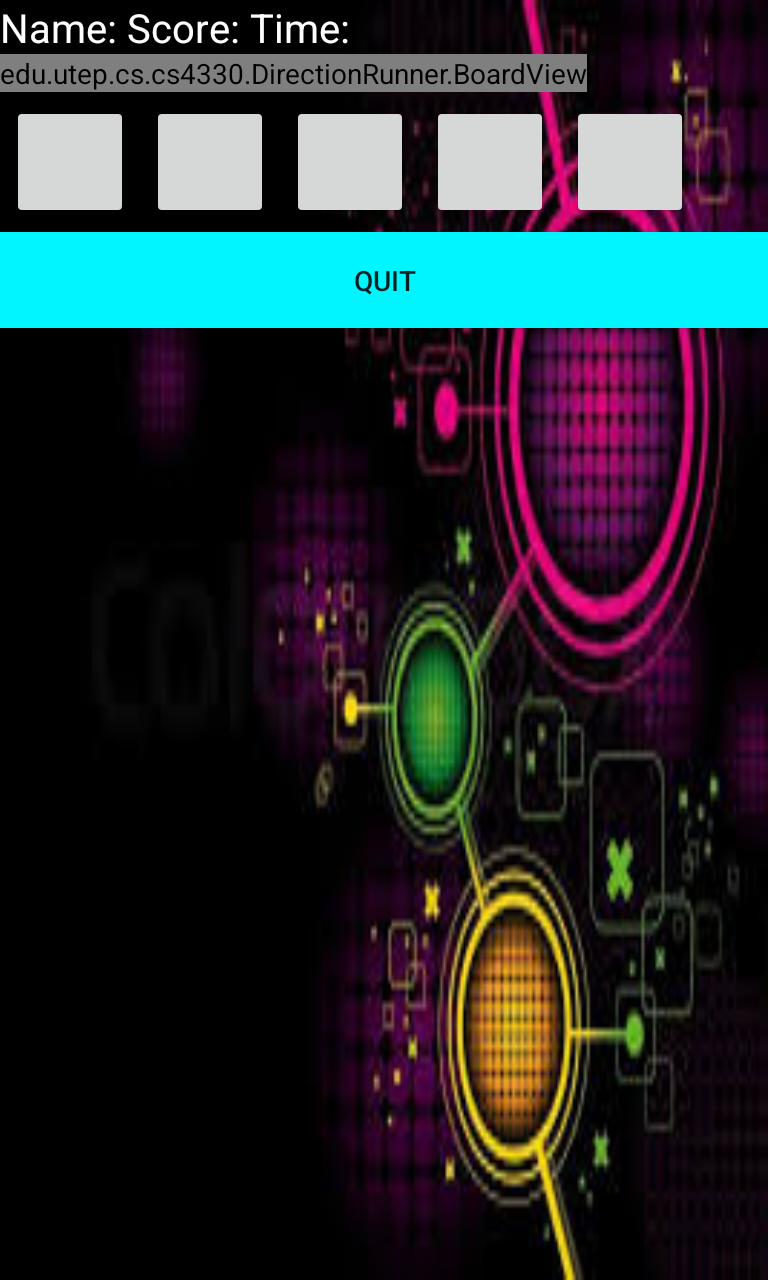
Repository: RedJaVa68/DirectionRunner
Layout: DirectionRunner/res/layout/game_activity.xml
These files come from the project's save history. The layout is drawn as it stood at one moment and after the next save; the edit follows.
Pictures or frames that could not be fetched are drawn as grey boxes. It is drawn on a 768 x 1280 px phone screen (xhdpi) without system bars, with theme AppTheme; the app's code is not run.

Above is the layout before, as saved 2015-05-07 00:38:55.

### DirectionRunner/res/layout/game_activity.xml
<?xml version="1.0" encoding="utf-8"?>
<ScrollView
    android:layout_width="match_parent"
    android:layout_height="match_parent"
    android:fillViewport="true"
    xmlns:android="http://schemas.android.com/apk/res/android">
<LinearLayout
    android:layout_width="fill_parent"
    android:layout_height="wrap_content"
    android:orientation="vertical"
    android:weightSum="3"
    android:background="@drawable/bg">
    <LinearLayout
        android:layout_width="wrap_content"
        android:layout_height="wrap_content"
        android:orientation="horizontal">
        <TextView
            android:id="@+id/nameText"
            android:layout_width="wrap_content"
            android:layout_height="wrap_content"
            android:text="Name: "
            android:textSize="20sp"
            android:textColor="#ffffff"/>"
        <TextView
            android:id="@+id/scoreText"
            android:layout_width="wrap_content"
            android:layout_height="wrap_content"
            android:text="Score: "
            android:textSize="20sp"
            android:textColor="#ffffff"/>
        <TextView
            android:id="@+id/clock"
            android:layout_width="wrap_content"
            android:layout_height="wrap_content"
            android:text="Time: "
            android:textSize="20sp"
            android:textColor="#ffffff"/>

    </LinearLayout>
    <edu.utep.cs.cs4330.DirectionRunner.BoardView
        android:id="@+id/boardView"
        android:layout_width="wrap_content"
        android:layout_height="wrap_content"/>
    <LinearLayout
        android:layout_width="wrap_content"
        android:layout_height="wrap_content"
        android:orientation="horizontal">
        <Button
        	android:id="@+id/button1"
        	android:layout_width="60dp"
        	android:layout_height="60dp"
        	android:layout_margin="5dp"
        	android:onClick="button1"/>
        <Button
            android:id="@+id/button2"
            android:layout_width="60dp"
            android:layout_height="60dp"
            android:layout_margin="5dp"
            android:onClick="button2"/>
        <Button
        	android:id="@+id/button3"
        	android:layout_width="60dp"
        	android:layout_height="60dp"
        	android:layout_margin="5dp"
        	android:onClick="button3"/>
        <Button
            android:id="@+id/button4"
            android:layout_width="60dp"
            android:layout_height="60dp"
            android:layout_margin="5dp"
            android:onClick="button4"/>
        <Button
        	android:id="@+id/button5"
        	android:layout_width="60dp"
        	android:layout_height="60dp"
        	android:layout_margin="5dp"
        	android:onClick="button5"/>
    </LinearLayout>
    <Button
        android:id="@+id/quit"
        android:layout_width="fill_parent"
        android:layout_height="wrap_content"
        android:text="Quit"
        android:background="#00F5FF"
        android:onClick="quit"/>
</LinearLayout>
</ScrollView>

Loaded but not shown: DirectionRunner/res/values/styles.xml (common file); DirectionRunner/res/values-v11/styles.xml (common file); DirectionRunner/res/values-v14/styles.xml (common file)

After the next save:
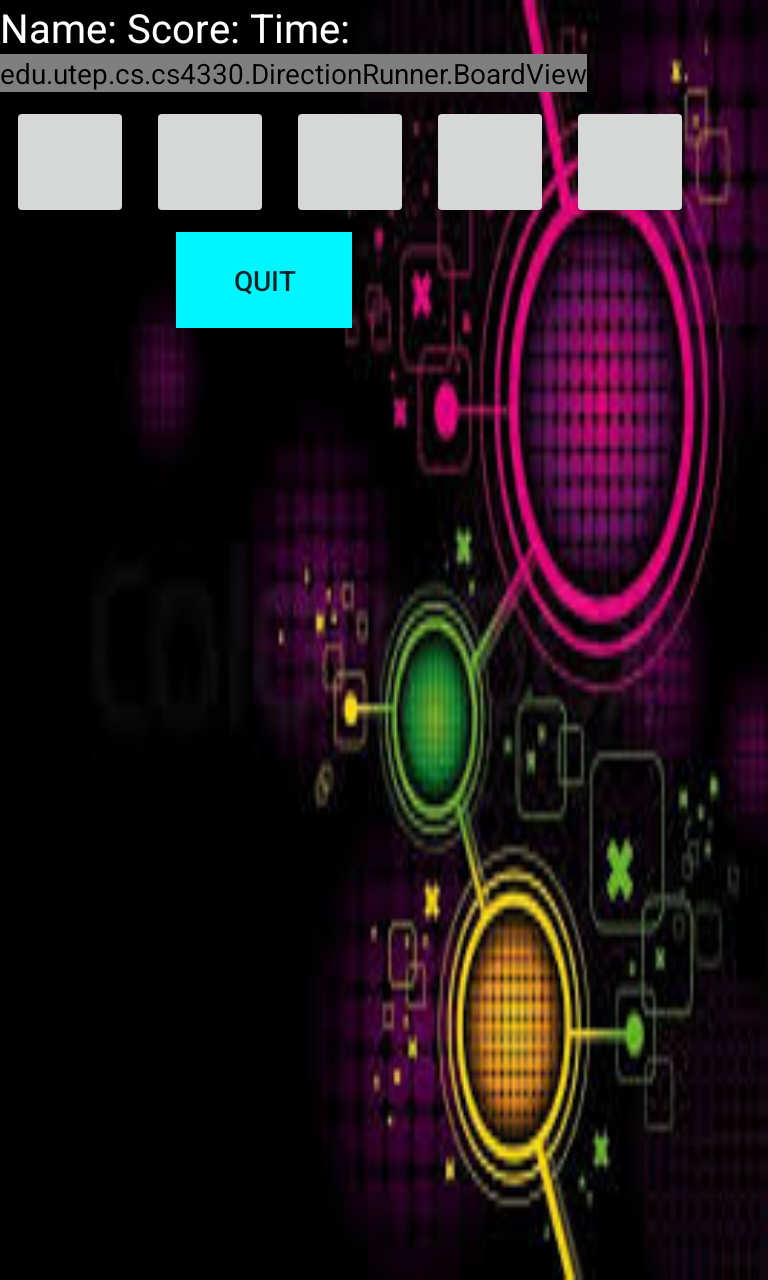
Saved 4 min 51 s later.
--- a/DirectionRunner/res/layout/game_activity.xml
+++ b/DirectionRunner/res/layout/game_activity.xml
@@ -76,12 +76,27 @@
         	android:layout_margin="5dp"
         	android:onClick="button5"/>
     </LinearLayout>
-    <Button
-        android:id="@+id/quit"
-        android:layout_width="fill_parent"
+    <LinearLayout
+        android:layout_width="wrap_content"
         android:layout_height="wrap_content"
-        android:text="Quit"
-        android:background="#00F5FF"
-        android:onClick="quit"/>
+        android:orientation="horizontal">
+        <Button
+            android:id="@+id/reset"
+            android:layout_width="fill_parent"
+            android:layout_width="wrap_content"
+            android:text="Start Over"
+            android:background="#00F5FF"
+            android:onClick="reset"/>
+    	<Button
+        	android:id="@+id/quit"
+        	android:layout_width="fill_parent"
+        	android:layout_height="wrap_content"
+        	android:text="Quit"
+        	android:background="#00F5FF"
+       	    android:onClick="quit"/>
+
+
+    </LinearLayout>
+
 </LinearLayout>
 </ScrollView>
